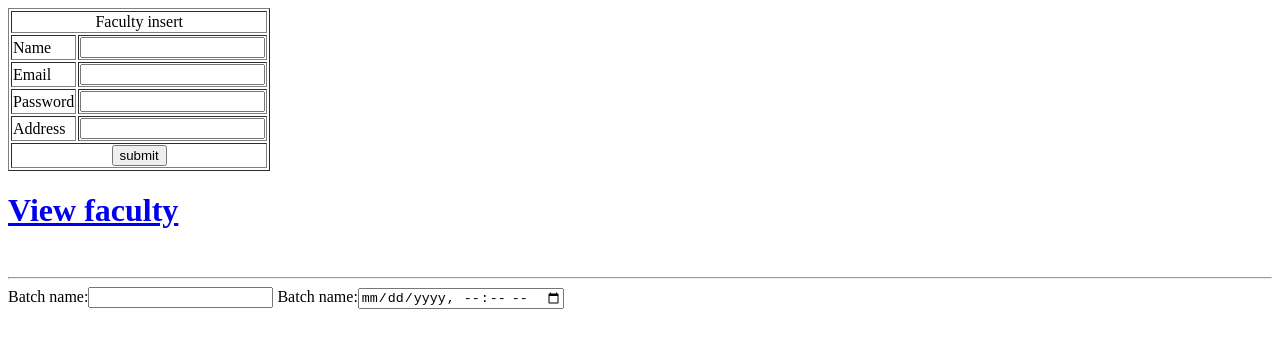
Repository: Biswaranjan-16/Advance-Java
Page: http://localhost/JSPCrud01/
The author's editor kept a copy of each file at every save. The page is drawn from the files as they stood at one save, then again after the next save.
The browser window is 1280 px wide. The pictures show the whole page.
The page is served by Tomcat 9.

Above is the page before, as saved 2024-07-01 19:31:41.

After the next save:
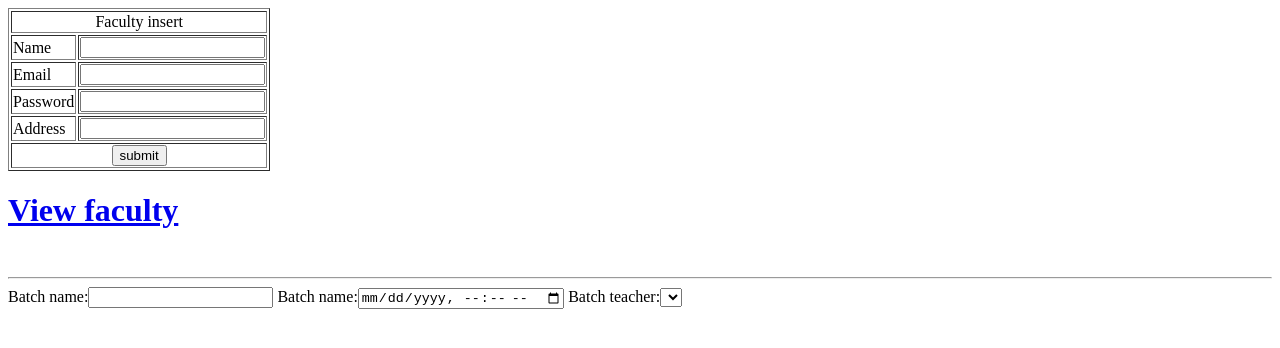
Saved 3 min 56 s later.
--- a/JSPCrud01/src/main/webapp/index.jsp
+++ b/JSPCrud01/src/main/webapp/index.jsp
@@ -44,6 +44,13 @@
 <form>
 Batch name:<input type="text">
 Batch name:<input type="datetime-local">
+Batch teacher:<select>
+Connection con = DbConnection.getcon();
+String query="select fid,fname from faculty";
+PreparedStatement ps=con.prepareStatement(query);
+ps.executeQuery();
+<option></option>
+</select>
 </form>
 </div>
 </body>
